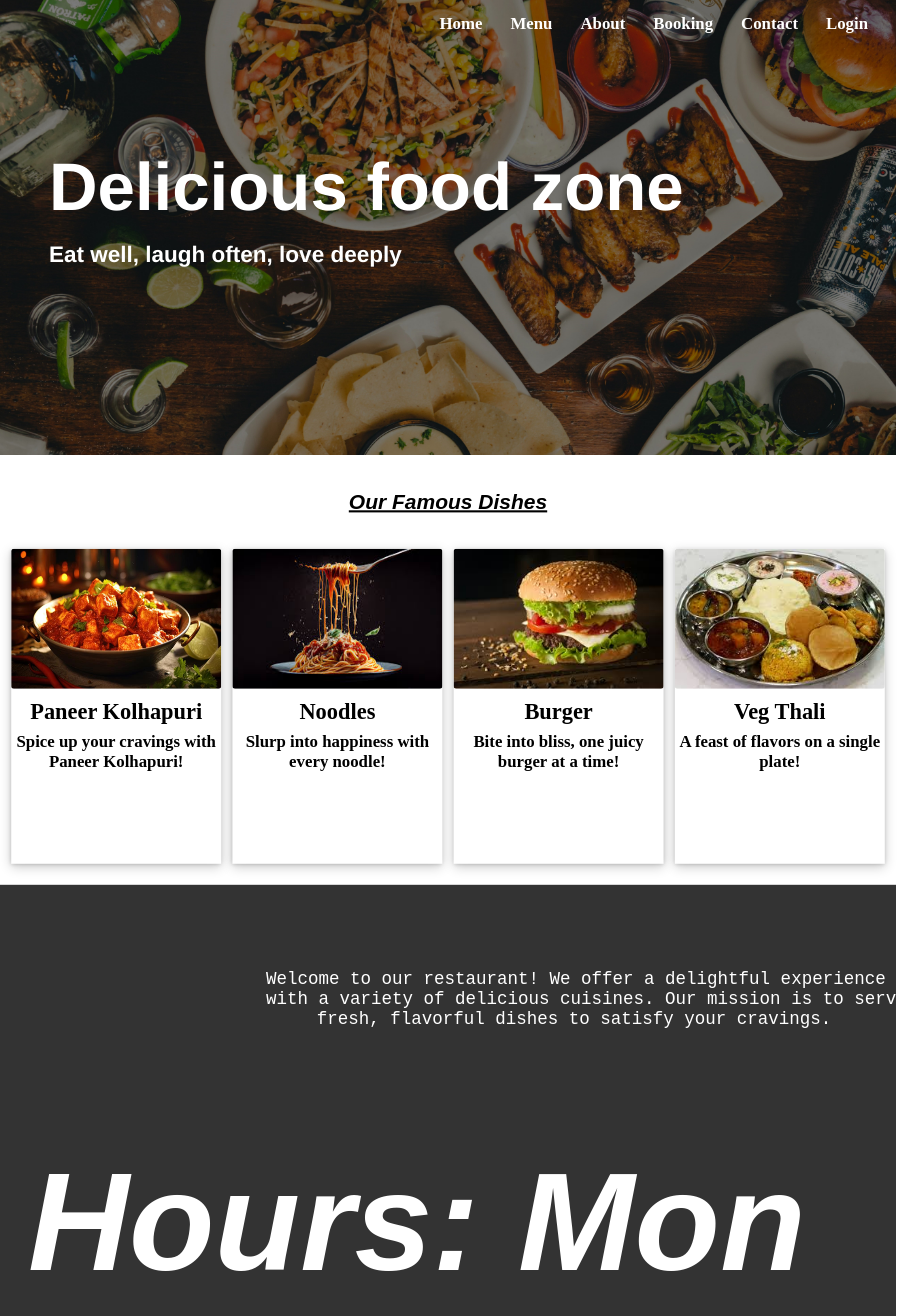
Repository: Shreya-Bonde/Restaurant-management-system
Page: index.html
The author's editor kept a copy of each file at every save. The page is drawn from the files as they stood at one save, then again after the next save.
The browser window is 1280 px wide. The page is 1314 px wide, then 1280 px, so the pictures cover 1314 px, including what lies to the right of the window. The pictures show the part of the page from y = 0 to 1880 px (the page is 2996 px tall before and 6710 px after), at 70% of full size.

Above is the page before, as saved 2024-10-10 15:18:24.

After the next save:
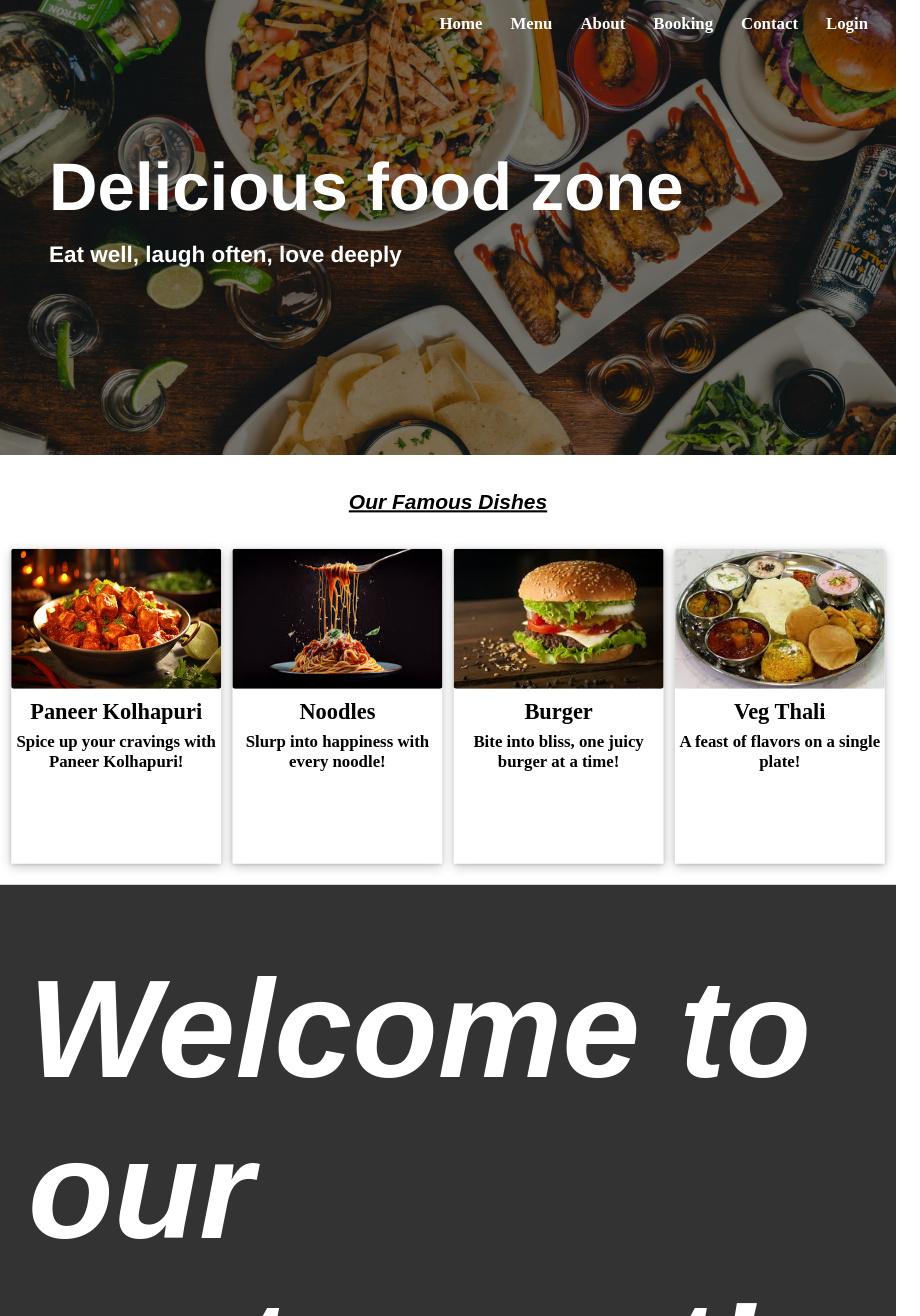
Saved 9 s later.
--- a/index.html
+++ b/index.html
@@ -53,7 +53,6 @@
         <div>
             <div class="footer-section">
                 <p>
-                    <pre>
                         Welcome to our restaurant! We offer a delightful experience
                         with a variety of delicious cuisines. Our mission is to serve
                         fresh, flavorful dishes to satisfy your cravings.
